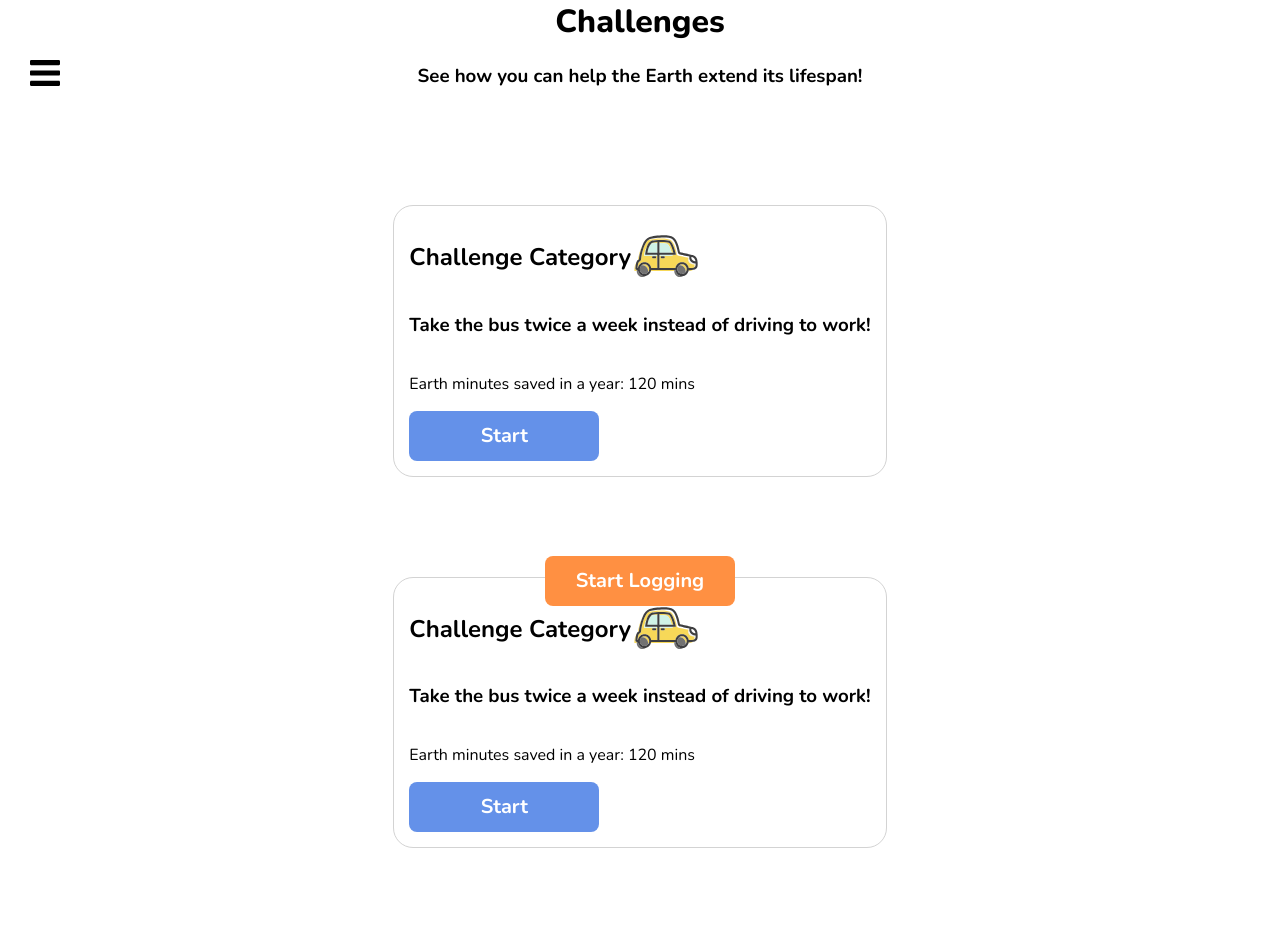
Repository: cho196/Timearth
Page: /challenges
The author's editor kept a copy of each file at every save. The page is drawn from the files as they stood at one save, then again after the next save.
The browser window is 1280 px wide. The pictures show the whole page.
The project was rebuilt for these pictures with package versions that can differ from the ones it lists, and the page was loaded fresh each time. The framework's server and built-in components were replaced by stand-ins that run in the browser. Also part of the build but not shown: next.config.js.

Above is the page before, as saved 2022-04-12 22:17:14.

After the next save:
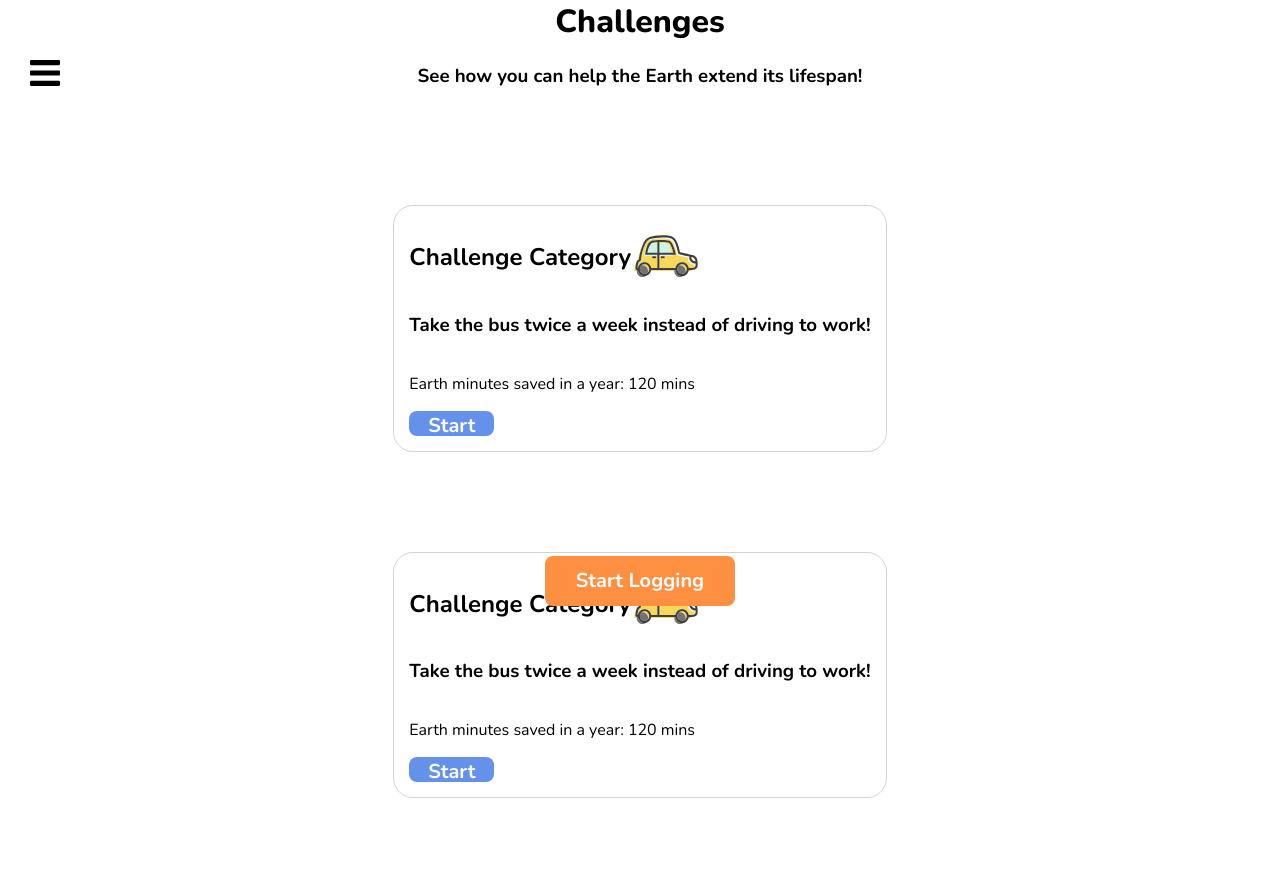
Saved 44 s later.
--- a/comps/Button.js
+++ b/comps/Button.js
@@ -34,8 +34,8 @@ const StartButton = styled.button`
     font-size: 20px;
     line-height: 27px;
     border-radius: 8px;
-    width: 190px;
-    height: 50px;
+    width: 85px;
+    height: 25px;
 `
 
 export function BackButton() {
